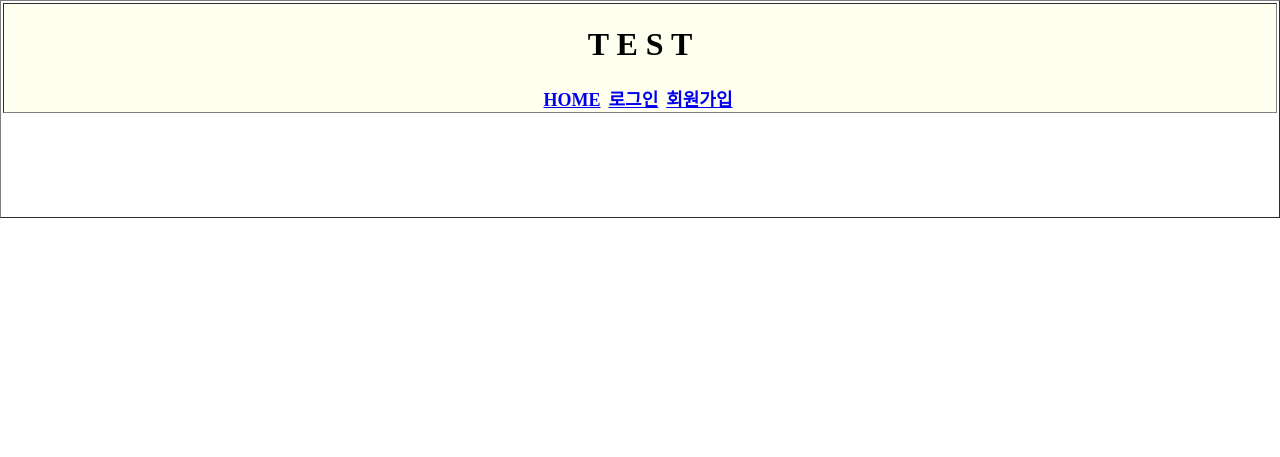
Repository: CHANGMAN-LEE/Java_ee
Page: workspace/test/WebContent/test/index.html
These files come from the project's save history. The page is drawn as it stood at one moment and after the next save; the edit follows.
The browser window is 1280 px wide. The pictures show the whole page.

Above is the page before, as saved 2020-07-09 05:53:15.

After the next save:
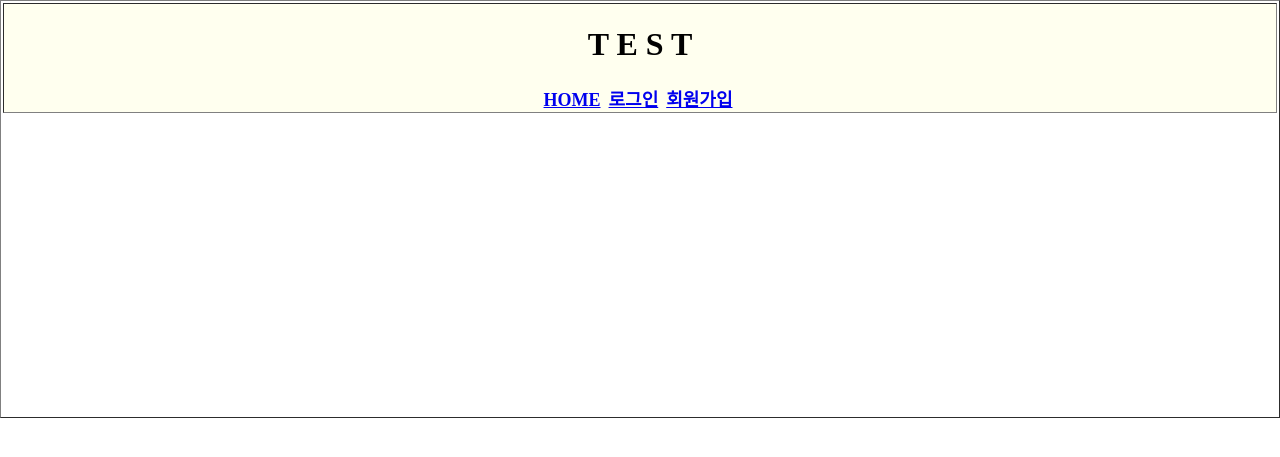
Saved 54 s later.
--- a/workspace/test/WebContent/test/index.html
+++ b/workspace/test/WebContent/test/index.html
@@ -14,7 +14,7 @@
 			<a href="../test/writeForm.jsp"><font size="4"><strong>회원가입</strong></font></a>&nbsp;
 		</td>
 	</tr>
-	<tr height="100" colspan="2" align="center" style="background-color:#FFFFEBCD">
+	<tr width="300" height="300" valign="top" align="center" style="background-color:#FFFFEBCD">
 	</tr>
 </table>
 </body>
